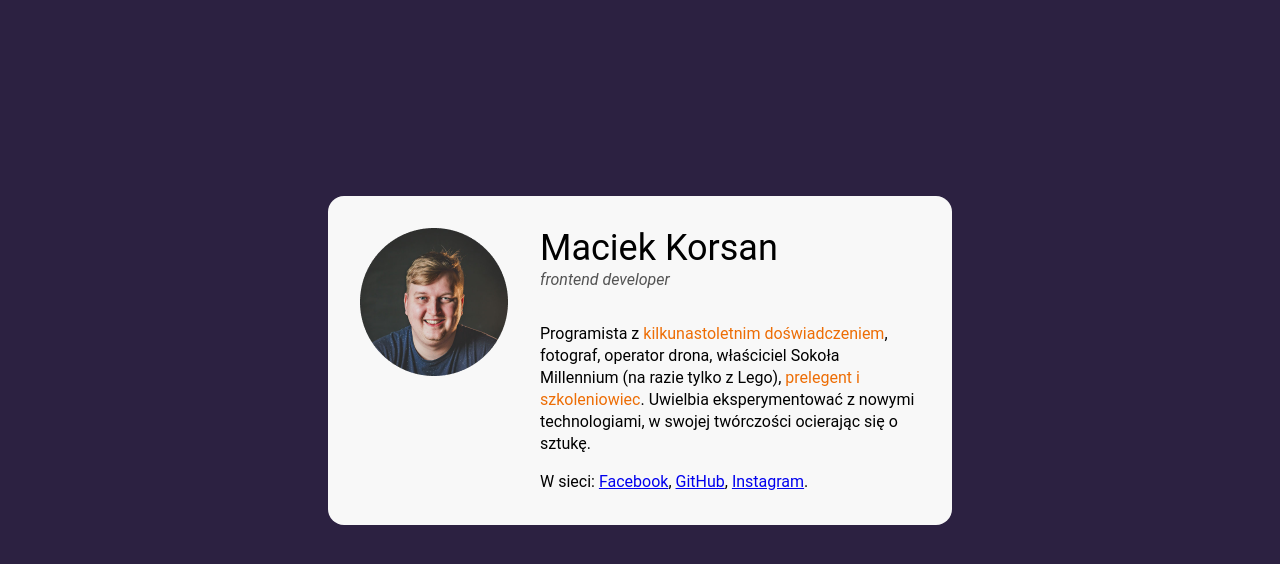
Repository: ArturNatwora/business-card
Page: index.html
The author's editor kept a copy of each file at every save. The page is drawn from the files as they stood at one save, then again after the next save.
The browser window is 1280 px wide. The pictures show the whole page.

Above is the page before, as saved 2019-06-20 00:18:34.

### index.html
<!DOCTYPE html>
<html lang="pl">
<head>
    <meta charset="UTF-8">
    <meta name="viewport" content="width=device-width, initial-scale=1.0">
    <meta http-equiv="X-UA-Compatible" content="ie=edge">

    <link rel="stylesheet" href="css/normalize.css">
    <link rel="stylesheet" href="css/style.css">


    <title>Wizytówka</title>
</head>
<body>
    <main class="card">
        <img src="img/avatar.png" alt="fotografia Maćka" class="person__photo">
        <div class="cardBody">
            <header class="person__header">
                <h1 class="person__name">Maciek Korsan</h1>
                <span class="person__position">frontend developer</span>
            </header>
            <p class="person__description">Programista z <strong class="person__special">kilkunastoletnim doświadczeniem</strong>, fotograf, operator drona, właściciel Sokoła Millennium (na razie tylko z Lego),<strong class="person__special"> prelegent i szkoleniowiec</strong>. Uwielbia eksperymentować z nowymi technologiami, w swojej twórczości ocierając się o sztukę.
            </p>
            <p class="person__description a">W sieci:
                <a href="#" class="person__link">Facebook</a>,
                <a href="#" class="person__link">GitHub</a>,
                <a href="#" class="person__link">Instagram</a>.
            </p>

        </div>
    </main>


</body>
</html>

### css/style.css
html {
  box-sizing: border-box;
}

*,
*:after,
*:before {
  box-sizing: inherit;
}
body {
  background: #2c2141;
  display: flex;
  justify-content: center;
  align-items: center;
  height: 100vh;
  padding: 16px;
font-family: Arial;
}

.card {
  background: #f8f8f8;
  padding: 32px;
  width: 100%;
  max-width: 624px;
  border-radius: 16px;
  display: flex;
}
.person__description{

    font-style: normal;
    font-weight: normal;
    font-size: 16px;
    line-height: 22px;
    /* or 137% */


    color: #000000;
}
.person__header{
    margin-bottom: 32px;
}
.person__name {
    font-weight: normal;

  font-size: 36px;
  line-height: 41px;
  margin:0;
}
.person__photo {
  width: 148px;
  height: 148px;
  margin-right: 32px;
}
.person__position{
    font-size: 16px;
    font-style: italic;
    color: #545454;

}
.person__special{
    font-family: Roboto;
font-style: normal;
font-weight: normal;
font-size: 16px;
line-height: 22px;
/* or 137% */


color: #ED6D05;
}
div {
    font-family: Roboto;
font-style: normal;
font-weight: normal;
font-size: 16px;
line-height: 22px;
  margin: 0;
}
.a{
    margin-bottom: 0;
}

Loaded but not shown: css/normalize.css (library)

After the next save:
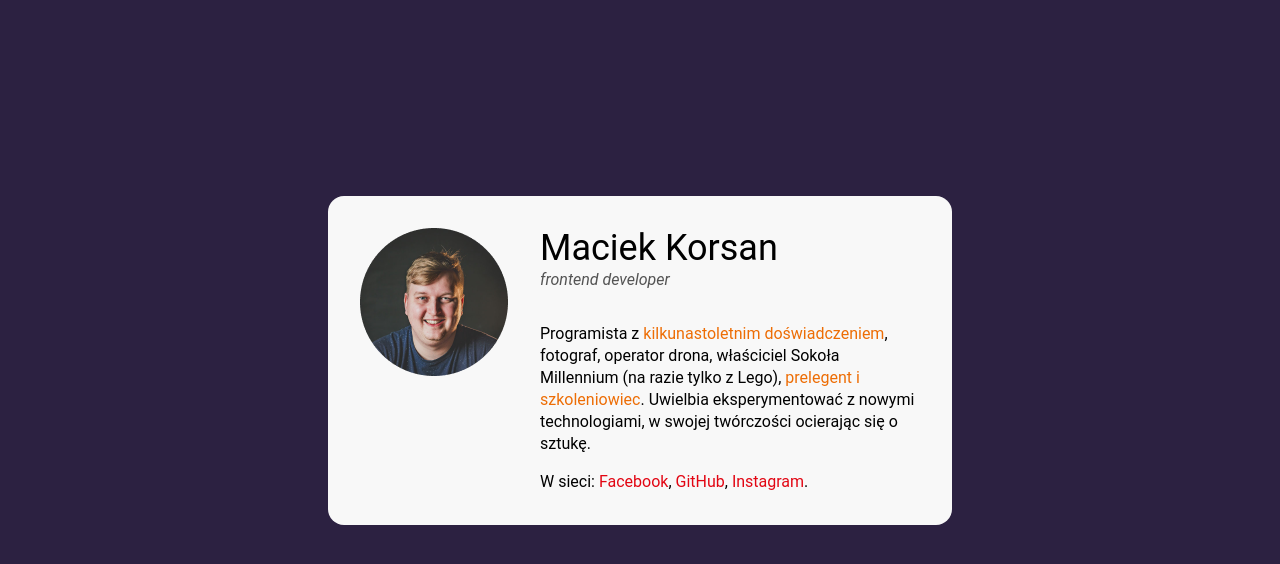
Saved 6 min 33 s later.
--- a/css/style.css
+++ b/css/style.css
@@ -39,6 +39,10 @@ font-family: Arial;
 .person__header{
     margin-bottom: 32px;
 }
+.person__link{
+  color: #E20613;
+  text-decoration: none;
+}
 .person__name {
     font-weight: normal;
 
